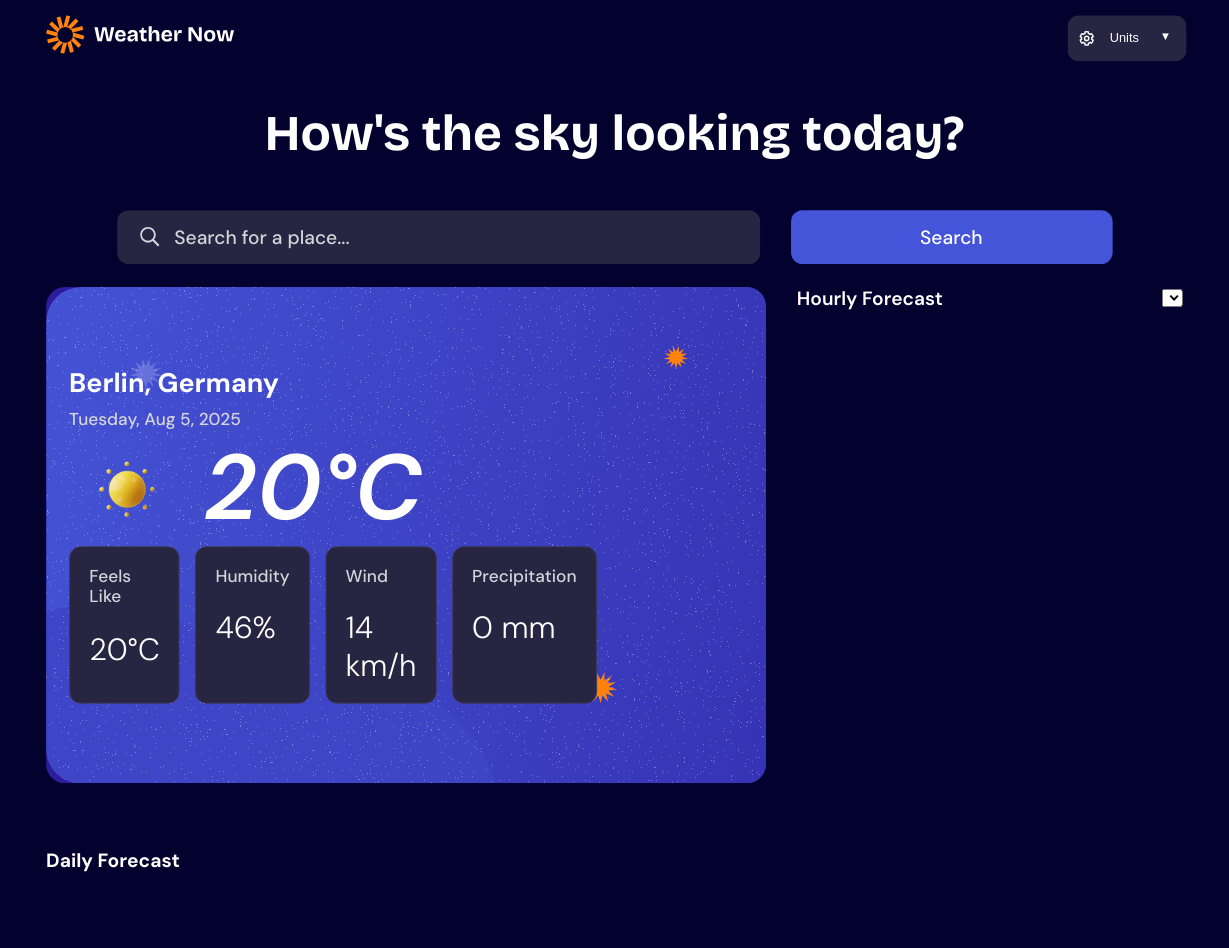
Repository: MKwaak/weather-app-main
Page: index.html
An editor plug-in stored every save of this project. The page is shown before and after the next save, followed by the edit.
The browser window is 1280 px wide. The pictures show the whole page, at 96% of full size.
The page's requests for data from a server got no answer.

Above is the page before, as saved 2026-01-29 00:23:38.

After the next save:
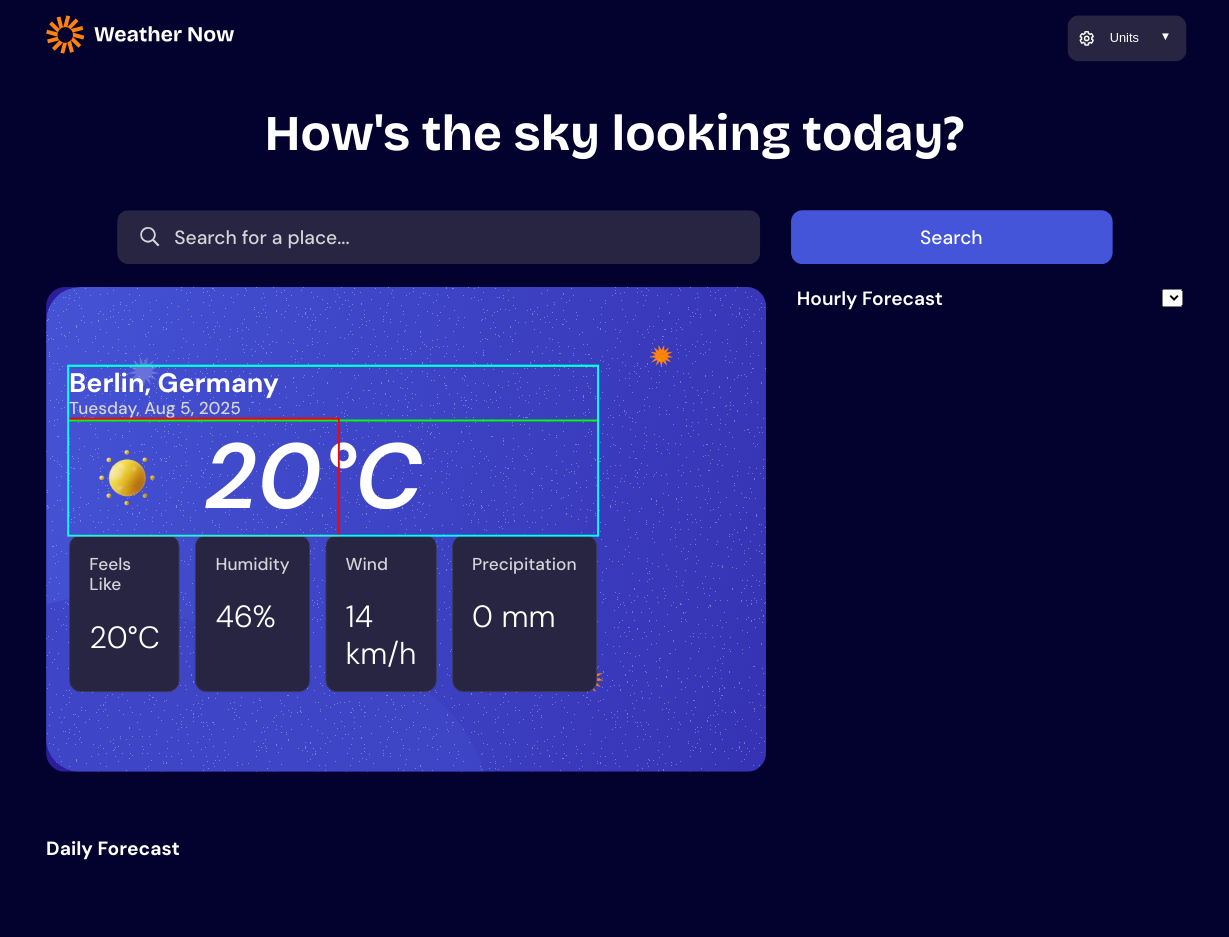
Saved 5 min 21 s later.
--- a/style.css
+++ b/style.css
@@ -439,6 +439,8 @@
 
       .current__location {
         min-width: 0; /* Voorkomt dat lange namen de bak oprekken */
+        width: 100%; /* Dwingt de container op de grid-breedte */
+        overflow: hidden; /* Voor de zekerheid */
         text-align: center;
         @media (width >= calc(700 / 16 * 1rem)) {
           text-align: left; /* Op desktop wil je de stad links hebben staan */
@@ -449,14 +451,17 @@
         /* ... je bestaande styles ... */
         font-size: var(--font-size-city);
         font-weight: 700;
-        margin-block-end: 12px;
-        white-space: nowrap; /* Dwingt de naam op één regel */
-
+        /* margin-block-end: 12px;*/
+
+        display: block;      /* Dwingt het tot een blok */
+        width: 100%;         /* Mag niet breder dan de ouder */
         min-width: 0;        /* HEEL BELANGRIJK: staat de groei stil */
         max-width: 100%;     /* Mag nooit breder dan de kolom */
         overflow: hidden;    /* Voor de zekerheid */
         text-overflow: ellipsis; /* Voor de zekerheid */
         white-space: nowrap; /* Dit mag, MITS de container min-width: 0 heeft */
+
+
       }
     }
 
@@ -675,14 +680,6 @@
       "daily   hourly";
   }
 }
-/* Debug outlines - remove these later
-.hero__content {
-  outline: 2px solid red !important;
-}
-.hero__search {
-  outline: 2px solid lime !important;
-}
-.dashboard {
-  outline: 2px solid cyan !important;
-}
-  */
+.current__location { outline: 2px solid lime !important; }
+.current__info { outline: 2px solid red !important; }
+.current__weather { outline: 2px solid cyan !important; }
